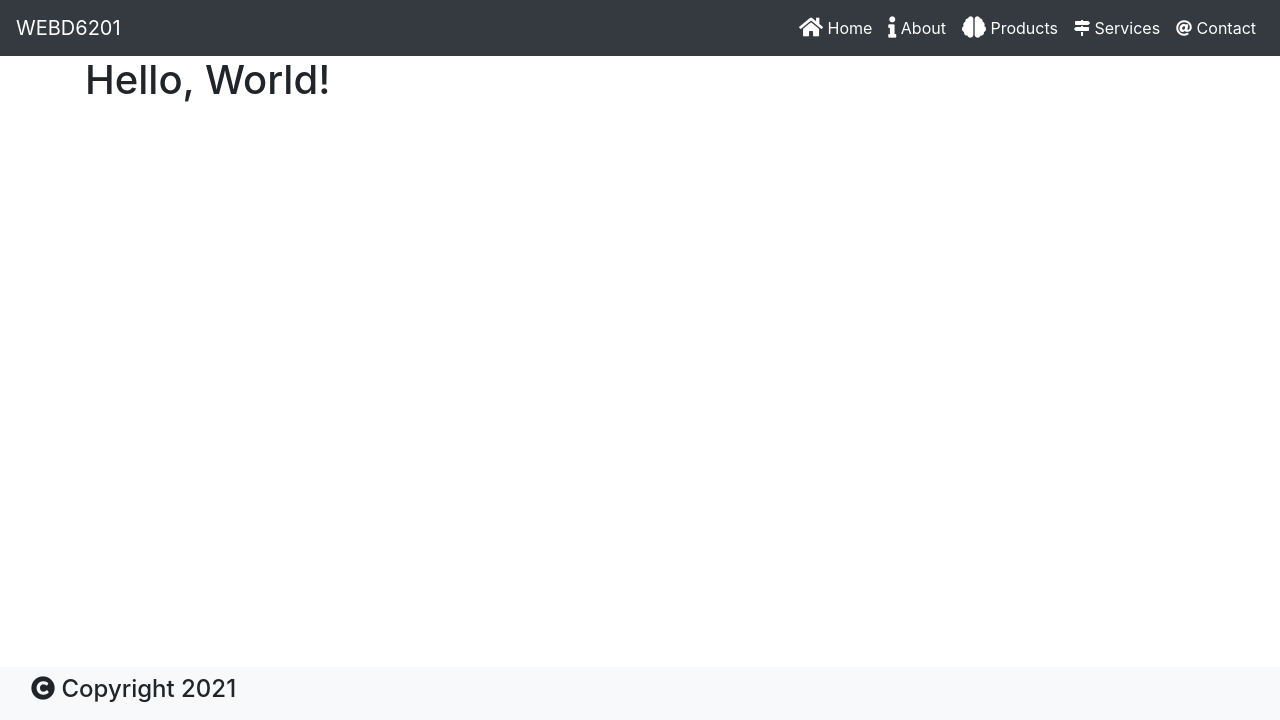
Repository: deividwsantoss/WEBD6201-W2021-Week1-lab1
Page: index.html
These files come from the project's save history. The page is drawn as it stood at one moment and after the next save; the edit follows.
The browser window is 1280 px wide. The pictures show the whole page.

Above is the page before, as saved 2021-02-01 20:50:23.

### index.html
<!DOCTYPE html>
<html lang="en">
<head>
    <meta charset="UTF-8">
    <meta name="viewport" content="width=device-width, initial-scale=1.0">
    <title>Hello, World!</title>
    <!-- CSS SEction -->
    <link rel="stylesheet" href="./node_modules/bootstrap/dist/css/bootstrap.min.css">
    <link rel="stylesheet" href="./node_modules/@fortawesome/fontawesome-free/css/all.min.css">
    <link rel="stylesheet" href="./Content/app.css">
</head>
<body>
    <!-- Main Nav -->
    <header>
    <nav class="navbar navbar-expand-lg navbar-dark bg-dark">
        <a class="navbar-brand" href="#">WEBD6201</a>
        <button class="navbar-toggler" type="button" data-toggle="collapse" data-target="#navbarSupportedContent" aria-controls="navbarSupportedContent" aria-expanded="false" aria-label="Toggle navigation">
          <span class="navbar-toggler-icon"></span>
        </button>
        <div class="collapse navbar-collapse" id="navbarSupportedContent">
          <ul class="navbar-nav ml-auto">

            <li class="nav-item">
              <a class="nav-link active" href="#"><i class="fas fa-home fa-lg"></i> Home <span class="sr-only">(current)</span></a>
            </li>

            <li class="nav-item ">
                <a class="nav-link active" href="#"><i class="fas fa-info fa-lg"></i> About  <span class="sr-only">(current)</span></a>
            </li>
            <li class="nav-item ">
                <a class="nav-link active" href="#"><i class="fas fa-brain fa-lg"></i> Products  <span class="sr-only">(current)</span></a>
            </li>
            <li class="nav-item ">
                <a class="nav-link active" href="#"><i class="fas fa-map-signs"></i> Services  <span class="sr-only">(current)</span></a>
            </li>
            <li class="nav-item ">
                <a class="nav-link active" href="#"><i class="fas fa-at"></i> Contact  <span class="sr-only">(current)</span></a>
            </li>
          </ul>
            </div>
      </nav>
    </header>

        <main class="container">
            <h1>Hello, World!</h1>
        </main>


        <footer>
            <nav class="navbar fixed-bottom navbar-light bg-light">
                <div class="container-fluid">
                  <h4><i class="fas fa-copyright"></i> Copyright 2021 </h4>
                </div>
              </nav>
        </footer>




    <!-- JavaScript Section -->
        <script src="./node_modules/jquery/dist/jquery.min.js"></script>
        <script src="./node_modules/bootstrap/dist/js/bootstrap.bundle.min.js"></script>
        <script src="./Scripts/app.js"></script>
</body>
</html>

### Content/app.css
/* Custom css goes here */

### Scripts/app.js
/* Custom scripts goes here */

//IIFE - Immediately invoked function expression
//AKA: Anonymous Self-Executing Function

(function()
{

    //initialization function
    function Start()
    {
        console.log("App Started...");
    }

    //event listener
    window.addEventListener("load",Start);

})();

Loaded but not shown: node_modules/bootstrap/dist/css/bootstrap.min.css (library); node_modules/@fortawesome/fontawesome-free/css/all.min.css (library); node_modules/jquery/dist/jquery.min.js (library); node_modules/bootstrap/dist/js/bootstrap.bundle.min.js (library)

After the next save:
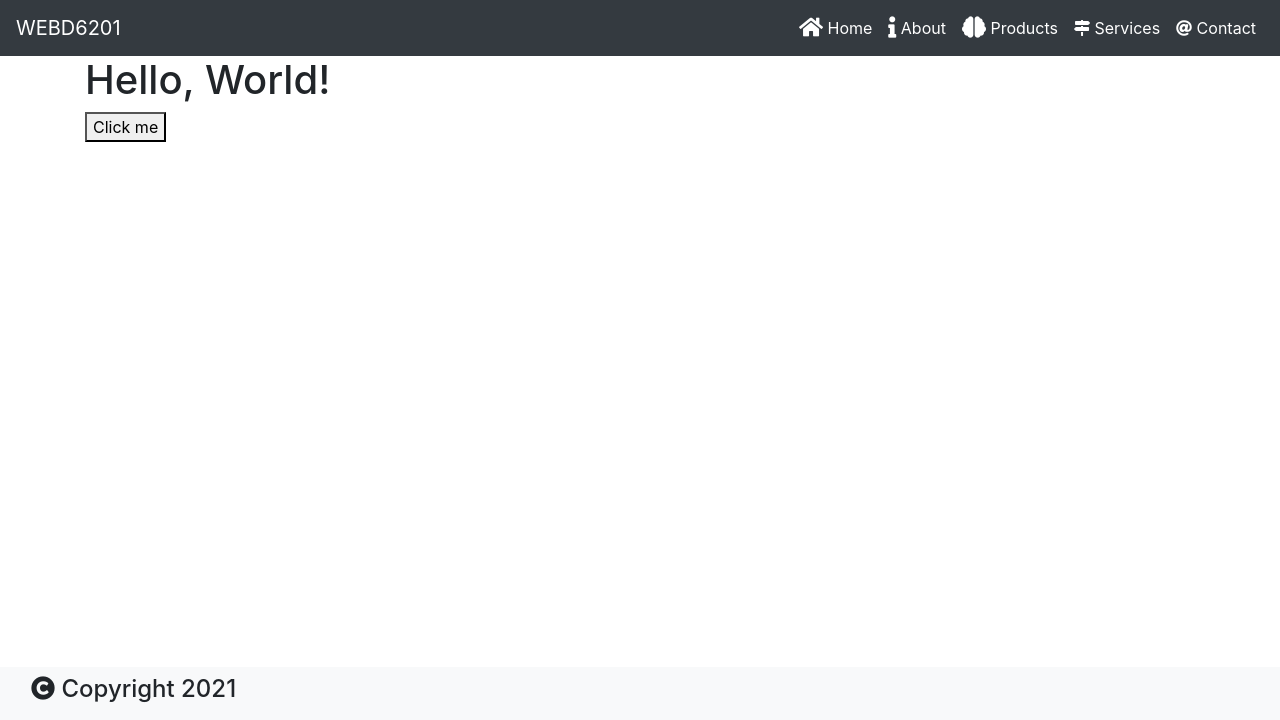
Saved 13 min 3 s later.
--- a/index.html
+++ b/index.html
@@ -43,6 +43,7 @@
 
         <main class="container">
             <h1>Hello, World!</h1>
+            <button> Click me</button>
         </main>
 
 
